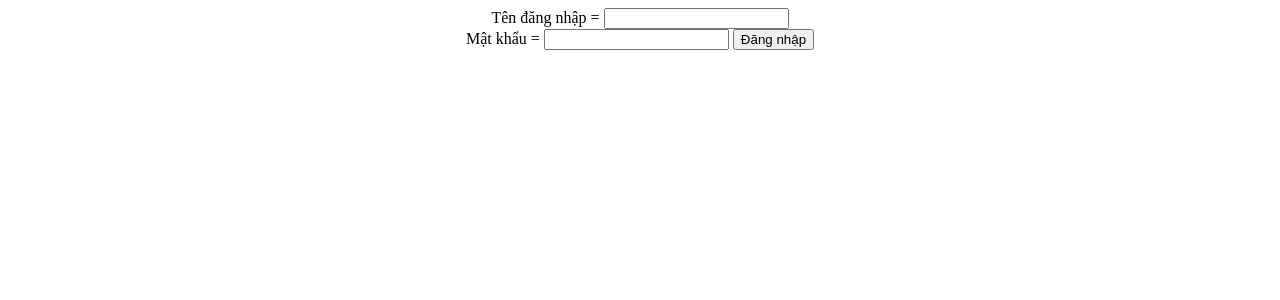
Repository: giakhiem2911/64131000_Web2
Page: Login/src/main/webapp/Login.html
These files come from the project's save history. The page is drawn as it stood at one moment and after the next save; the edit follows.
The browser window is 1280 px wide. The pictures show the whole page.

Above is the page before, as saved 2025-02-21 04:20:26.

After the next save:
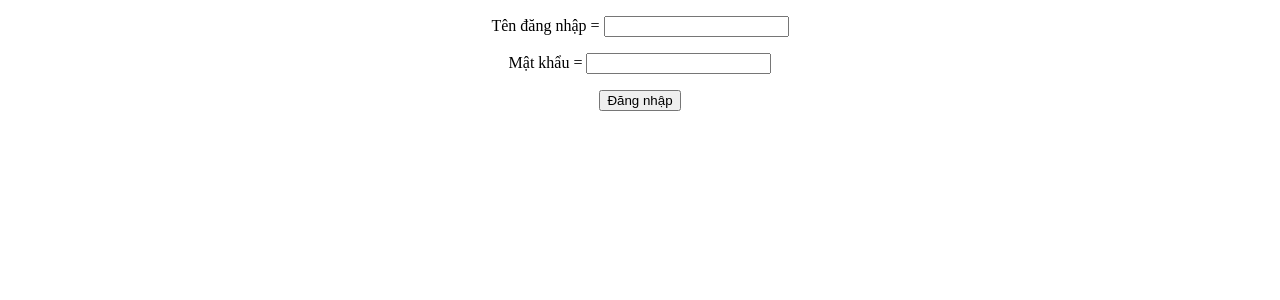
Saved 37 s later.
--- a/Login/src/main/webapp/Login.html
+++ b/Login/src/main/webapp/Login.html
@@ -8,8 +8,8 @@
 	<center>
 		<form action="Login.jsp" method="post">
 		<div>
-			Tên đăng nhập = <input type="text" name="ten"></br>
-			Mật khẩu = <input type="password" name="mk">
+			<p>Tên đăng nhập = <input type="text" name="ten"></p>
+			<p>Mật khẩu = <input type="password" name="mk"></p>
 			<input type="submit" value="Đăng nhập">
 		</div>
 		</form>
